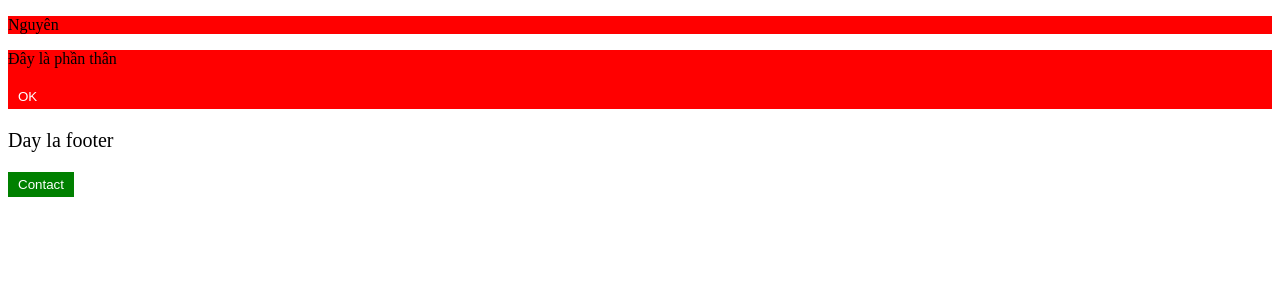
Repository: nguyenary/LeanSASS
Page: index.html
These files come from the project's save history. The page is drawn as it stood at one moment and after the next save; the edit follows.
The browser window is 1280 px wide. The pictures show the whole page.
The style sheet was rebuilt from its Sass, Less or Tailwind sources for each picture, by a compiler version that may differ from the author's.

Above is the page before, as saved 2021-09-04 23:24:01.

After the next save:
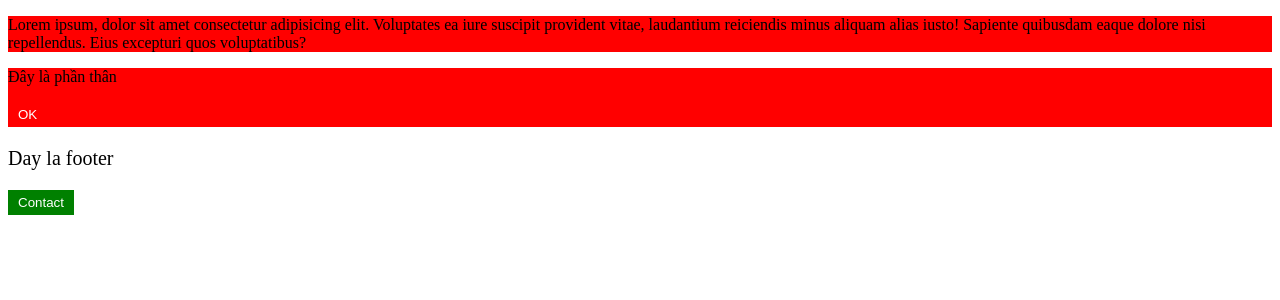
Saved 27 min 55 s later.
--- a/index.html
+++ b/index.html
@@ -9,7 +9,7 @@
 </head>
 <body>
     <header>
-        <p>Nguyên</p>
+        <p>Lorem ipsum, dolor sit amet consectetur adipisicing elit. Voluptates ea iure suscipit provident vitae, laudantium reiciendis minus aliquam alias iusto! Sapiente quibusdam eaque dolore nisi repellendus. Eius excepturi quos voluptatibus?</p>
     </header>
     <section>
         <p>Đây là phần thân</p>
